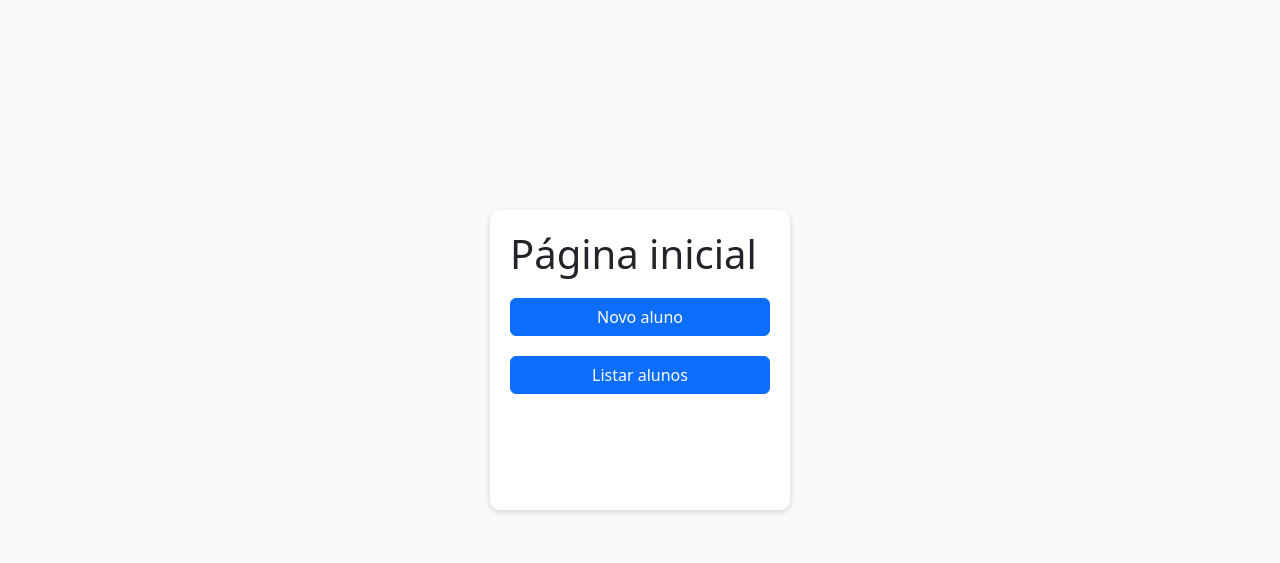
Repository: juliatbarbosa/CRUD-ALUNOS
Page: http://localhost/OlaMundo/alunos/cadastro/index.jsp
An editor plug-in stored every save of this project. The page is shown before and after the next save, followed by the edit.
The browser window is 1280 px wide. The pictures show the whole page.
The page is served by Tomcat 9.

Above is the page before, as saved 2024-09-29 21:17:15.

After the next save:
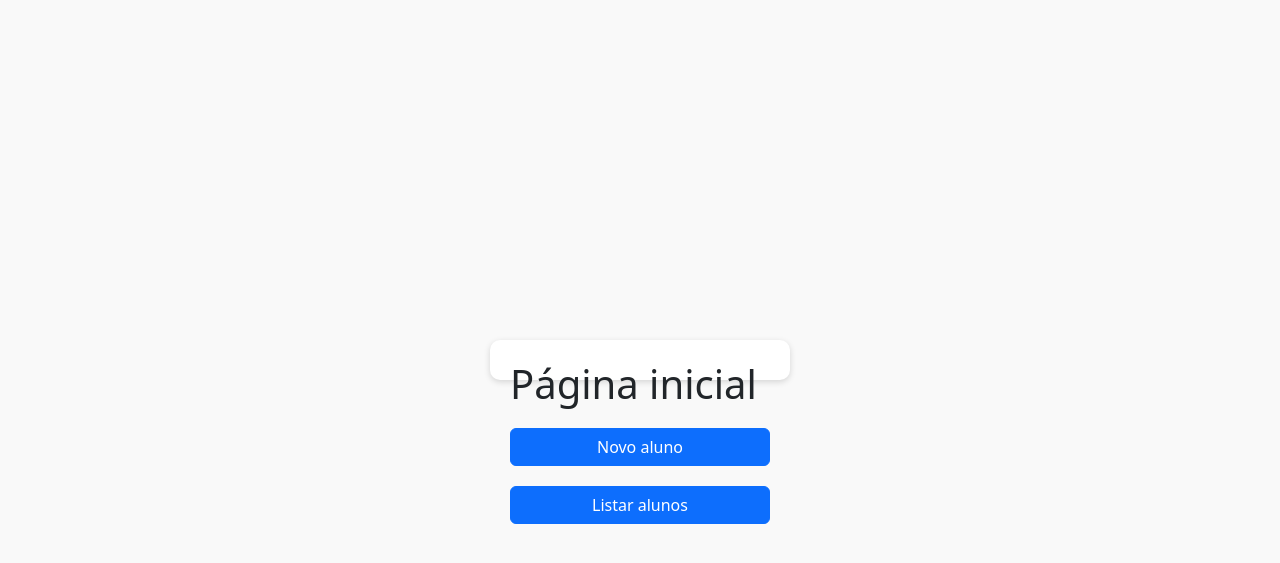
Saved 13 s later.
--- a/OlaMundo/src/main/webapp/alunos/cadastro/index.jsp
+++ b/OlaMundo/src/main/webapp/alunos/cadastro/index.jsp
@@ -25,7 +25,7 @@ body {
 	padding: 20px;
 	border-radius: 10px;
 	box-shadow: 0 2px 6px 0px rgba(0, 0, 0, 0.15);
-	height: 300px;
+	height: 00px;
 	width: 300px
 	}
 
